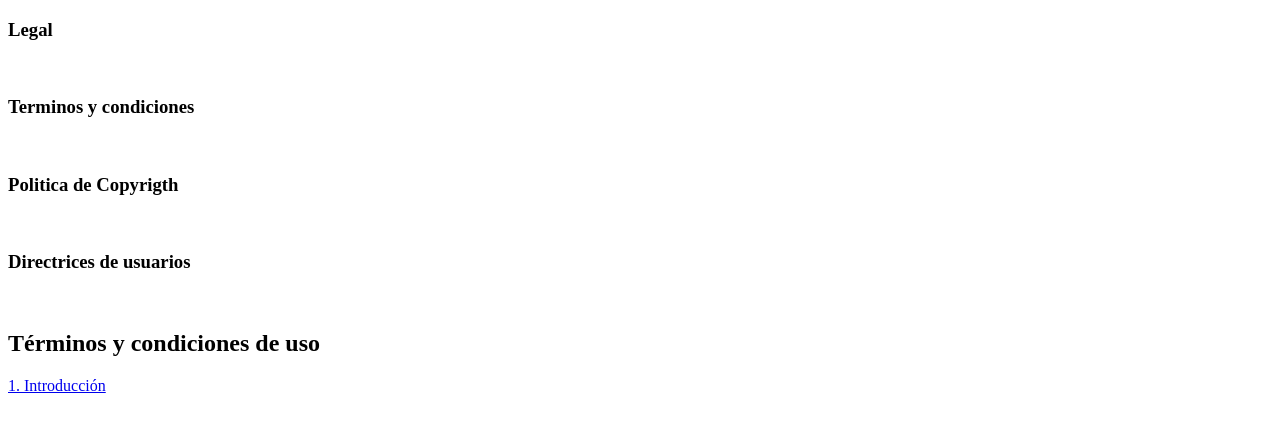
Repository: Devbenitez/Gen_30
Page: Gen_30/Maquetado/practicas/index.html
An editor plug-in stored every save of this project. The page is shown before and after the next save, followed by the edit.
The browser window is 1280 px wide. The pictures show the whole page.

Above is the page before, as saved 2023-11-07 22:57:38.

After the next save:
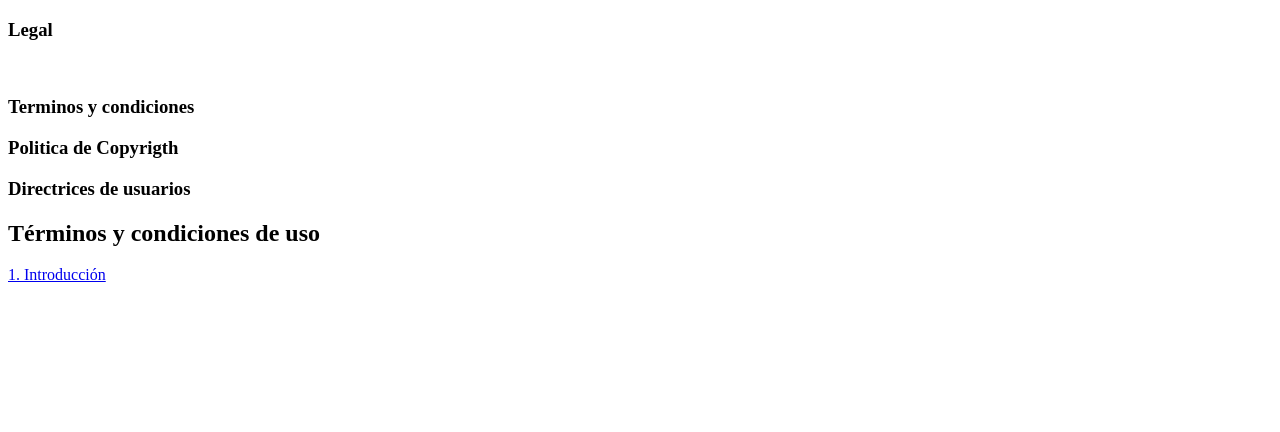
Saved 3 min 5 s later.
--- a/Gen_30/Maquetado/practicas/index.html
+++ b/Gen_30/Maquetado/practicas/index.html
@@ -9,9 +9,9 @@
 <body>
 <section>
 <h3><b>Legal</b></h3><br />
-<h3>Terminos y condiciones</h3><br />
-<h3>Politica de Copyrigth</h3><br />
-<h3>Directrices de usuarios</h3><br />
+<h3>Terminos y condiciones</h3>
+<h3>Politica de Copyrigth</h3>
+<h3>Directrices de usuarios</h3>
 </section>
 <section>
     <h1>Términos y condiciones de uso</h1>
